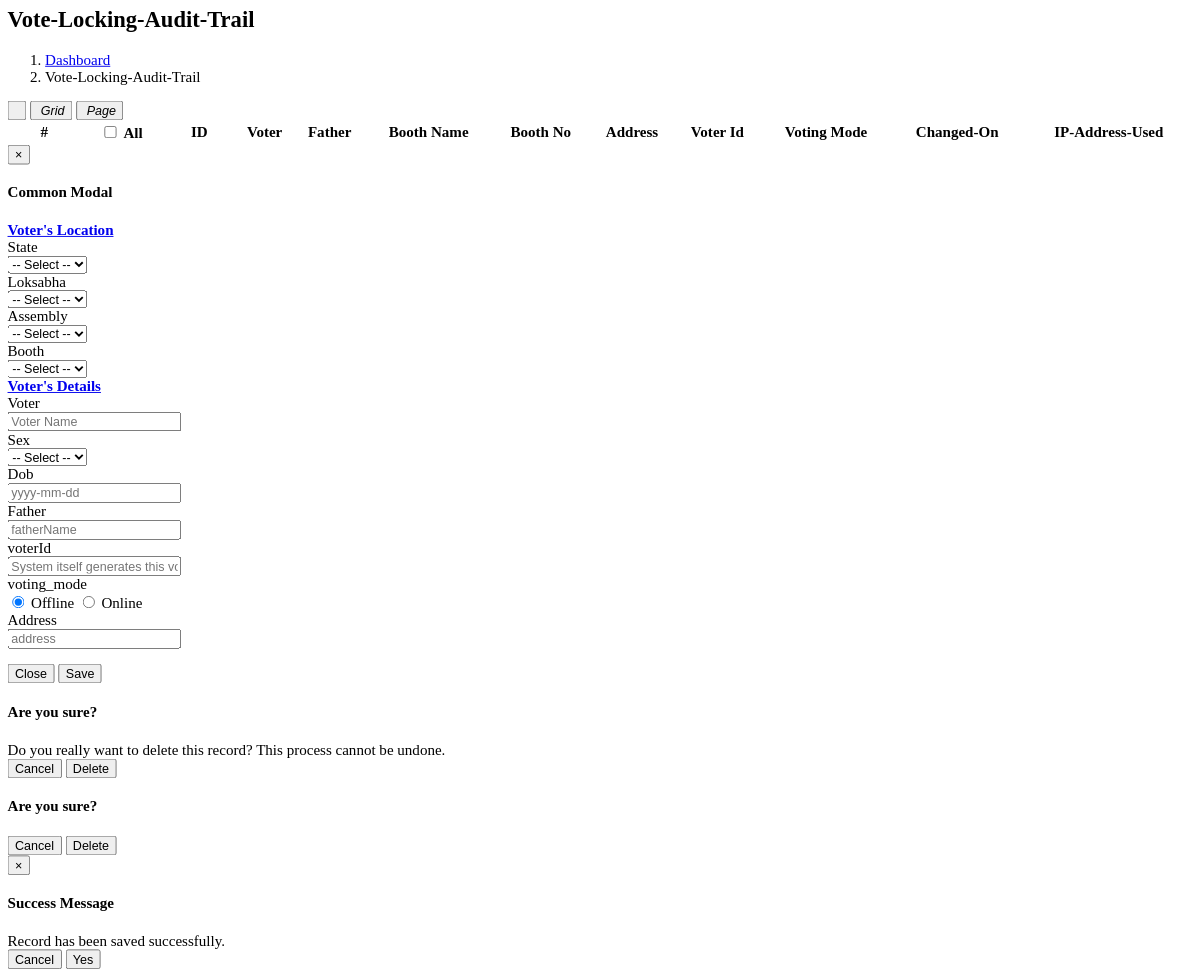
Repository: sanjeev167/IndiaOnLineVoting_3112020
Page: http://localhost/IndiaOnLineVoting/WEB-INF/jsp/voter/voteLockAuditTrail.jsp
These files come from the project's save history. The page is drawn as it stood at one moment and after the next save; the edit follows.
The browser window is 1280 px wide. The pictures show the whole page, at 94% of full size.
The page is served by Tomcat 9. Nobody is signed in. Other server files are loaded and not shown. The template is opened directly, without the code that normally fills it, so the values that code supplies are empty.

Above is the page before, as saved 2020-10-29 13:46:23.
Console error: SyntaxError: Unexpected token '<'

### IndiaOnLineVoting/src/main/webapp/WEB-INF/jsp/voter/voteLockAuditTrail.jsp

<!-- Content Header (Page header) -->
<section class="content-header">
	<h1>Vote-Locking-Audit-Trail</h1>
	<ol class="breadcrumb">
		<li><a href="#"><i class="fa fa-dashboard"></i> Dashboard</a></li>
		<li class="active">Vote-Locking-Audit-Trail</li>
	</ol>
</section>

<!-- Main content -->
<section class="content container-fluid">
	<div class="row">
		<div class="col-md-12">
			<div class="box box-primary ">
				<div class="box-header with-border">

					<div class="box-title">

						<button type="button">
							<i class="fa fa-search searchClass" data-toggle="modal">&nbsp;</i>
						</button>
						<button type="button" id="reloadGrid">
							<i class="fa fa-refresh">&nbsp;Grid</i>
						</button>
						<button type="button" id="refreshGrid">
							<i class="fa fa-refresh">&nbsp;Page</i>
						</button>
					</div>
				</div>

				<div class="box-body ">
					<table id="votersAuditTrailId" width="100%"
						class="table table-striped table-bordered table-hover table-condensed dt-responsive data-table">
						<thead>
							<tr>
								<th width="6%">#</th>
								<th width="7%"><input id="chkAll" type="checkbox">&nbsp;All</th>

								<th width="6%">ID</th>
								<th>Voter</th>
								<th>Father</th>
								<th>Booth Name</th>
								<th>Booth No</th>
								<th>Address</th>
                                <th>Voter Id</th>
								<th>Voting Mode</th>
								<th>Changed-On</th>
								<th>IP-Address-Used</th>
							</tr>
						</thead>

					</table>
				</div>
				<!-- /.box-body -->
			</div>
			<!-- /.box -->
		</div>
		<!-- /.col -->
	</div>
</section>
<!-- /.content -->



<!-- modal for add/update/view/search -->
<div class="modal fade" id="modal-common">
	<div class="modal-dialog modal-md">
		<div class="modal-content" style="border-radius: 10px;">
			<div class="modal-header">
				<button type="button" class="close" data-dismiss="modal"
					aria-label="Close">
					<span aria-hidden="true">&times;</span>
				</button>
				<h4 class="modal-title" id="commonModalTitleId">Common Modal</h4>
			</div>
			<div class="modal-body">
				<!-- form start -->
				<form class="form-horizontal" id="commonFormId" action="">
					<div class="box-body">
						<h5 id="successMsgId"></h5>
						<h5 id="searchMsgId"></h5>
						<strong style="color: red;" id="searchHideContentId"><a
							href="#" id="voterlocationId">Voter's Location </a></strong>
						<div id="voterLocationShowHideId">
							<div class="form-group">
								<label for="inputStateName" class="col-sm-4 control-label">
									State</label>
								<div class="col-sm-7">
									<select class="form-control" name="stateNameId"
										id="stateNameId">
										<option value="">-- Select --</option>

									</select> <span id="stateNameId_err" class="field-error"></span>
								</div>
							</div>
							<div class="form-group">
								<label for="inputLoksabhaName" class="col-sm-4 control-label">
									Loksabha</label>
								<div class="col-sm-7">
									<select class="form-control" name="loksabhaNameId"
										id="loksabhaNameId">
										<option value="">-- Select --</option>

									</select> <span id="loksabhaNameId_err" class="field-error"></span>
								</div>
							</div>

							<div class="form-group" id="assemblyLabledId">
								<label for="inputSortName" class="col-sm-4 control-label">
									Assembly</label>
								<div class="col-sm-7">
									<select class="form-control" name="assemblyNameId"
										id="assemblyNameId">
										<option value="">-- Select --</option>

									</select> <span id="assemblyNameId_err" class="field-error"></span>
								</div>
							</div>

							<div class="form-group" id="pollingBoothNameIdLabledId">
								<label for="inputSortName" class="col-sm-4 control-label">
									Booth</label>
								<div class="col-sm-7">
									<select class="form-control" name="pollingBoothNameId"
										id="pollingBoothNameId">
										<option value="">-- Select --</option>
									</select> <span id="pollingBoothNameId_err" class="field-error"></span>
								</div>
							</div>
						</div>



						<!-- Voter Location -->
						<strong style="color: red;" id="searchHide1ContentId"><a
							href="#" id="voterDetailId"> Voter's Details </a></strong>
						<div id="voterDetailShowHideId">

							<div class="form-group" id="voterNameLabledId">
								<label for="inputSortName" class="col-sm-4 control-label">
									Voter</label>
								<div class="col-sm-7">
									<input type="text" class="form-control" name="voterName"
										id="voterNameId" placeholder="Voter Name"> <span
										id="voterNameId_err" class="field-error"></span>
								</div>
							</div>

							<div class="form-group" id="sexLabledId">
								<label for="inputSortName" class="col-sm-4 control-label">
									Sex</label>
								<div class="col-sm-7">
									<select class="form-control" name="sex" id="sexId">
										<option value="">-- Select --</option>
										<option value="M">Male</option>
										<option value="F">Female</option>
									</select> <span id="sexId_err" class="field-error"></span>
								</div>
							</div>

							<div class="form-group" id="dobForPageLabledId">
								<label for="inputSortName" class="col-sm-4 control-label">
									Dob</label>
								<div class="col-sm-7">

									<input type="text" class="form-control" name="dobForPage" id="dobForPageId" placeholder="yyyy-mm-dd">

								<!-- /.input group -->
								 <span id="dobForPageId_err"
										class="field-error"></span>
								</div>
							</div>


							<div class="form-group" id="fatherNameLabledId">
								<label for="inputSortName" class="col-sm-4 control-label">
									Father</label>
								<div class="col-sm-7">
									<input type="text" class="form-control" name="fatherName"
										id="fatherNameId" placeholder="fatherName"> <span
										id="fatherNameId_err" class="field-error"></span>
								</div>
							</div>

							<div class="form-group" id="voterIdLabledId">
								<label for="inputSortName" class="col-sm-4 control-label">
									voterId</label>
								<div class="col-sm-7">
									<input type="text" class="form-control" name="voterId"
										id="voterIdId"
										placeholder="System itself generates this voterId."> <span
										id="voterIdId_err" class="field-error"></span>
								</div>
							</div>

							<div class="form-group" id="voting_modeLabledId">
								<label for="inputSortName" class="col-sm-4 control-label">
									voting_mode</label>
								<div class="col-sm-7">
									<input type="radio" name="voting_mode"
										id="offlineVoting_modeId" value="0" checked="checked">&nbsp;Offline
									<input type="radio" name="voting_mode" id="onlineVoting_modeId"
										value="1">&nbsp;Online <span id="voting_modeId_err"
										class="field-error"></span>
								</div>
							</div>

							<div class="form-group" id="addressLabledId">
								<label for="inputSortName" class="col-sm-4 control-label">
									Address</label>
								<div class="col-sm-7">
									<input type="text" class="form-control" name="address"
										id="addressId" placeholder="address"> <span
										id="addressId_err" class="field-error"></span>
								</div>
							</div>
						</div>
						<input hidden="true" name="id" id="votersEnrolledRecordId" />
					</div>
					<!-- /.box-body -->

					<!-- /.box-footer -->
				</form>

			</div>
			<div class="modal-footer">
				<button type="button" class="btn btn-info" data-dismiss="modal">Close</button>
				<button type="button"
					class="btn btn-warning commonButtonActionClass"
					id="commonButtonActionId">Save</button>
			</div>
		</div>
		<!-- /.modal-content -->
	</div>
	<!-- /.modal-dialog -->
</div>
<!-- /.modal -->



<!-- modal for delete -->
<div class="modal fade" id="modal-delete">
	<div class="modal-dialog modal-sm modal-confirm">
		<div class="modal-content" style="border-radius: 10px;">
			<div class="modal-header">
				<h4 class="modal-title">Are you sure?</h4>

			</div>
			<div class="modal-body">
				<h5 id="deleteSuccessMsgId"></h5>
				<label>Do you really want to delete this record? This
					process cannot be undone.</label>
			</div>
			<input hidden="true" name="recordId" id="recordIdForDelete" />
			<div class="modal-footer">
				<button type="button" class="btn btn-info" data-dismiss="modal">Cancel</button>
				<button type="button" class="btn btn-danger" id="deleteFormButtonId">Delete</button>
			</div>
		</div>
		<!-- /.modal-content -->
	</div>
	<!-- /.modal-dialog -->
</div>
<!-- /.modal -->


<!-- modal for selected Delete -->
<div class="modal fade" id="modal-sDelete">
	<!-- modal for selected delete -->
	<div class="modal-dialog modal-sm modal-confirm">
		<div class="modal-content" style="border-radius: 10px;">
			<div class="modal-header">
				<h4 class="modal-title">Are you sure?</h4>

			</div>
			<div class="modal-body">
				<h5 id="deleteSelectedSuccessMsgId"></h5>
				<label id="showAllertMsg"></label>
				<div id="showSelectedRow" style="margin-top: 10px;"></div>

			</div>
			<div class="modal-footer">
				<button type="button" class="btn btn-info" data-dismiss="modal">Cancel</button>
				<button type="button" class="btn btn-danger"
					id="deleteSelFormButtonId">Delete</button>
			</div>

		</div>
		<!-- /.modal-content -->
	</div>
	<!-- /.modal-dialog -->
</div>
<!-- /.modal -->


<!-- modal for success -->
<div class="modal fade" id="modal-success">
	<div class="modal-dialog modal-sm modal-success">
		<div class="modal-content" style="border-radius: 10px;">
			<div class="modal-header">
				<button type="button" class="close" data-dismiss="modal"
					aria-label="Close">
					<span aria-hidden="true">&times;</span>
				</button>
				<h4 class="modal-title">Success Message</h4>
			</div>
			<div class="modal-body">
				<div class="modal-body">Record has been saved successfully.</div>
			</div>
			<div class="modal-footer">
				<button type="button" class="btn btn-default pull-left"
					data-dismiss="modal">Cancel</button>
				<button type="button" class="btn btn-primary">Yes</button>
			</div>
		</div>
		<!-- /.modal-content -->
	</div>
	<!-- /.modal-dialog -->
</div>
<!-- /.modal -->
<!-- End of modals for form -->

<!-- jQuery 3  -->
<script
	src="https://ajax.googleapis.com/ajax/libs/jquery/3.4.1/jquery.min.js"></script>
<script
	src="https://maxcdn.bootstrapcdn.com/bootstrap/3.4.0/js/bootstrap.min.js"></script>
<script
	src="${contextPath}/resources/assets/pageSpecific/js/votersEnrolled.js"></script>
<script type="text/javascript">
<!-- Theme style -->
<link rel="stylesheet" href="${contextPath}/resources/assets/dist/css/AdminLTE.min.css">
<script>
$(function () {
	//Datemask dd/mm/yyyy
    $('#datemask').inputmask('dd/mm/yyyy', { 'placeholder': 'dd/mm/yyyy' })
    //Datemask2 mm/dd/yyyy
    $('#datemask2').inputmask('mm/dd/yyyy', { 'placeholder': 'mm/dd/yyyy' })
});
</script>

Loaded but not shown: IndiaOnLineVoting/src/main/webapp/resources/assets/pageSpecific/js/votersEnrolled.js (1011 lines, source omitted)

After the next save:
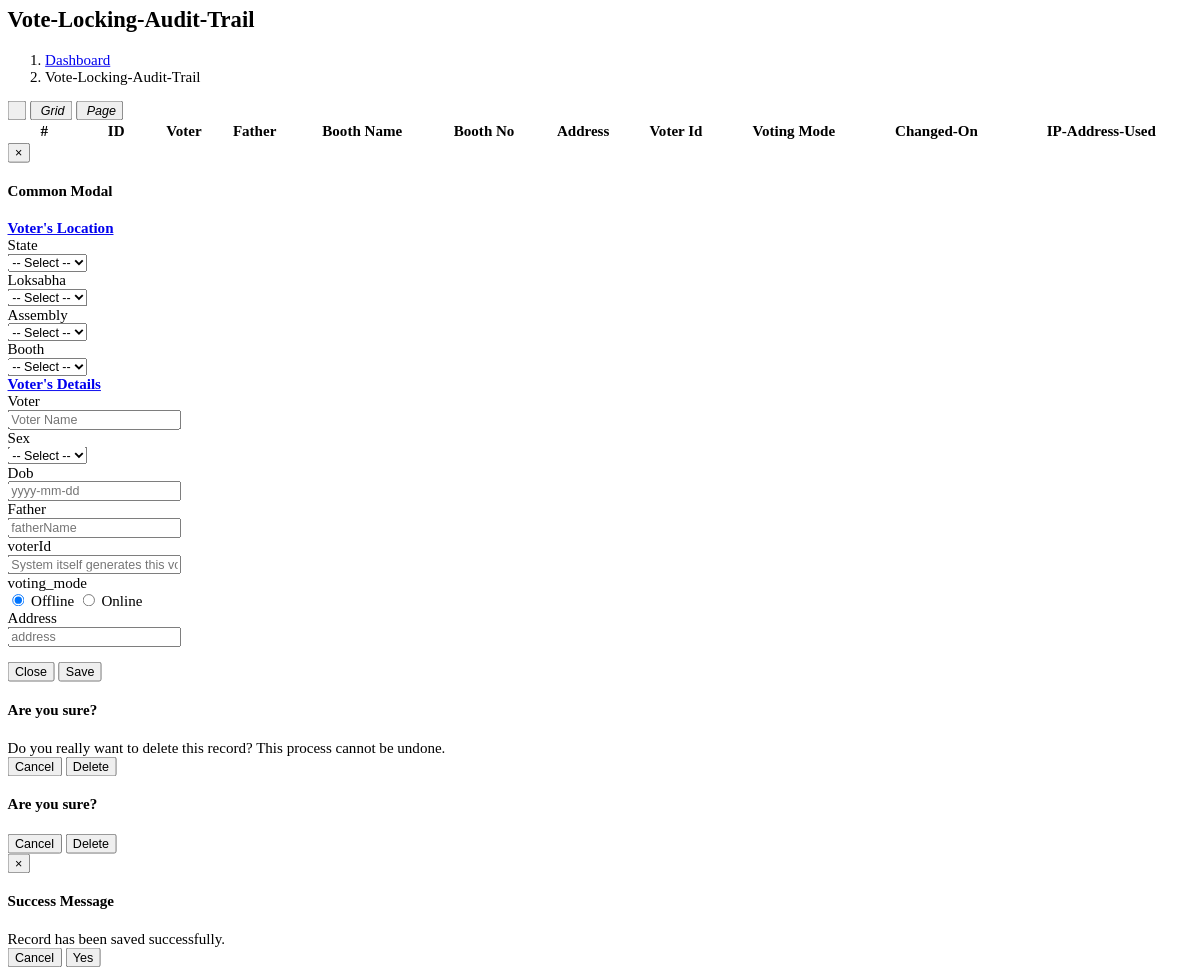
Saved 20 s later.
--- a/IndiaOnLineVoting/src/main/webapp/WEB-INF/jsp/voter/voteLockAuditTrail.jsp
+++ b/IndiaOnLineVoting/src/main/webapp/WEB-INF/jsp/voter/voteLockAuditTrail.jsp
@@ -35,8 +35,6 @@
 						<thead>
 							<tr>
 								<th width="6%">#</th>
-								<th width="7%"><input id="chkAll" type="checkbox">&nbsp;All</th>
-
 								<th width="6%">ID</th>
 								<th>Voter</th>
 								<th>Father</th>
